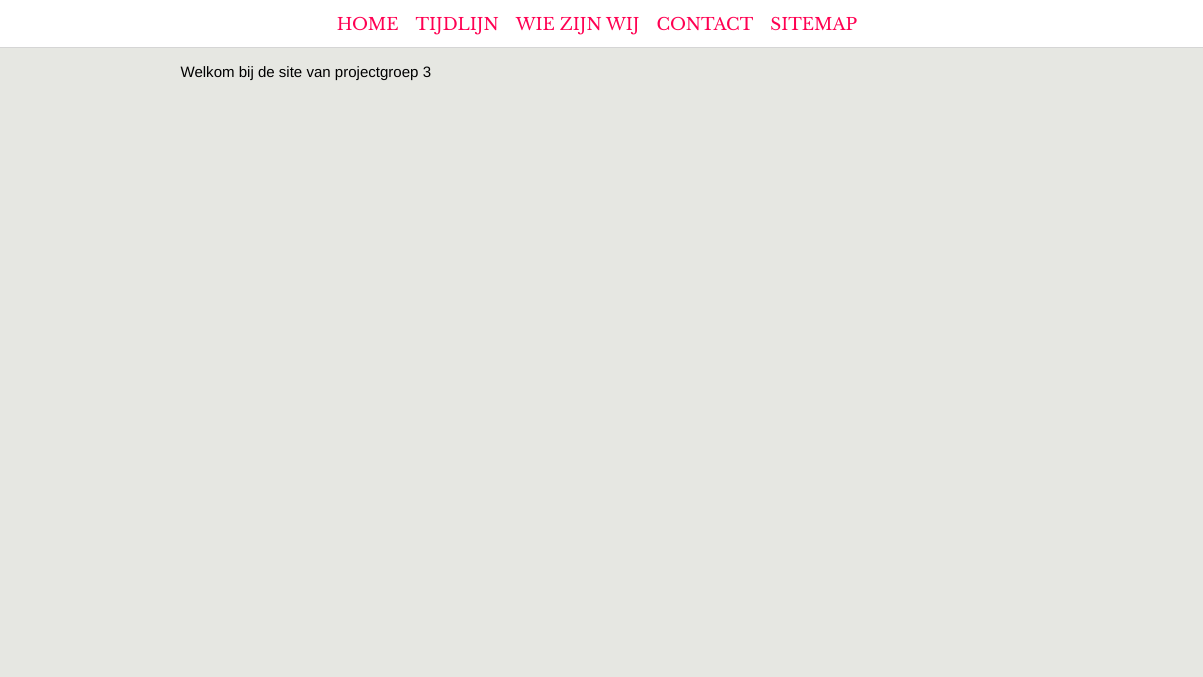
Repository: w1-knippenbergluuk/Applicatieontwikkelaar-2015-2016
Page: http://localhost/
The author's editor kept a record of every edit. The page is drawn from the files as they stood at one moment, then again after the next edit.
The browser window is 1280 px wide. The pictures show the whole page, at 94% of full size.
The page is run by PHP 8.4 with error messages shown; the project is at /var/www/html/.

Above is the page before.
Console error: TypeError: Cannot read properties of null (reading 'addEventListener')

### Luuk/Periode1/Project/index.php
<!DOCTYPE html>

<html>
    <head>
        <title>Home</title>

<!--PhP pagina header gevoegd-->
<?php
    include('includes/header.php');
?>
    <div id="wrapper">
            <!--h1 neergezet zodat de p te zien in onder het menu-->
            <h1></h1>
            <p>Welkom bij de site van projectgroep 3</p>
    </div>
    </body>
</html>

### Luuk/Periode1/Project/includes/header.php
        <!--Fontstijl toegevoegd-->
        <link href='https://fonts.googleapis.com/css?family=Libre+Baskerville:400,700' rel='stylesheet' type='text/css'>
        <!--stylesheet toegevoed-->
        <link rel="stylesheet" href="css\stylesheet.css" type="text/css">

        <!--Javascript toegevoegd-->
        <script src="js/javascript.js" language="javascript" type="text/javascript"></script>
    </head>

    <body>
        <div id="header">
            <!--Menu website-->
            <ul>
                <a href="index.php"><li>HOME</li></a>
                <a href="tijdlijn.php"><li>TIJDLIJN</li></a>
                <a href="wiezijnwij.php"><li>WIE ZIJN WIJ</li></a>
                <a href="contact.php"><li>CONTACT</li></a>
                <a href="sitemap.php"><li>SITEMAP</li></a>
            </ul>
        </div>

### Luuk/Periode1/Project/css/stylesheet.css
/*body zonder rand*/
body {
    background-color: #E6E7E2;
    margin: 0;
    padding: 0;

}

/*dikgedrukte klasse*/
.bold{
    font-weight: bold;
}

/*Menu balk*/
#header   {
    /*scrolled mee naar beneden en boven*/
    position: fixed;
    background-color: #FFFFFF;
    height: 50px;
    /*hele pagina breed*/
    width:100%;
    margin: 0;
    padding: 0;
    /*randje onderkant*/
    border-bottom: 1px solid #D3D3D3;
    /*weergave boven andere content*/
    z-index:2;
    /*geen gat tussen bovenkant*/
    top: 0px;
}

/*Menu lijst*/
#header ul      {
    /*Centered via breedte*/
    margin: 0 auto;
    width:100%;
    position: relative;
    /*Geen list puntje*/
    list-style-type: none;
    padding: 0;
    /*text centreren*/
    text-align: center;
}

/*Lijst per item*/
#header ul li   {
    /*naast elkaar / block formaat*/
    display: inline-block;
    margin: 15px 10px 15px 0;
    padding: 0 2px 0 2px;
    font-family:Libre Baskerville;
}

/*link menu*/
#header ul a {
    color: #FF0052;
    font-size: 18px;
}

/*Link menu bij hover*/
#header ul a:hover {
    opacity: 0.6;
}

/*hele site*/
#wrapper     {
    width: 70%;
    margin: 0 auto;
}
/*inhoud tekst per pagina*/
#content     {
    position: relative;
    width: 60%;
    margin: 25px auto;
    padding: 0px 0px 0px 0px;
    bottom: 20px;
    top:27px;
    /*Paginaniveau 1, menu is 2 dus ligt boven content*/
    z-index:1;
    font-size: 18px;
}

/*Afbeelding content*/
#content img{
    /*Absolute positie zodat naast tekst terecht komt*/
    position: absolute;
    /*rechts van de pagina*/
    right: 50px;
}

/*tijdlijn pagina*/
#timeline {
    /*scroll menu horizontaal*/
    overflow-x: scroll;
    background-color: #E6E7E2;
    margin: 0 50px;
}

/*tijdlijn pagina*/
#year {
    position: relative;
    width: 3460px;
    list-style-type: none;
    padding: 0;
    margin: 20px;
}

/*tijdlijn pagina, listitems in jaartijden*/
#year li   {
    display: inline-block;
    margin-left: -4px;
    margin-bottom: -25px;
    padding: 6px;
    width: 150px;
    border-left: 1px solid #938172;
    border-right: 1px solid #938172;
    height: 40px;
    text-align: center;
    font-weight: bold;
    color: black;
}

/*tijdlijn pagina*/
#games{
    position: relative;
    width: 3460px;
    list-style-type: none;
    padding: 0;
    margin: 20px;
}

/*listitems games*/
#games li   {
    display: inline-block;
    margin-left: -4px;
    padding: 6px;
    background-color: #E6E7E2;
    border-left: 1px solid #938172;
    border-right: 1px solid #938172;
    width: 150px;
    height: 45px;
    text-align: center;
    /*tekst begint op dezelfde hoogte*/
    overflow-y: hidden;
}

/*link games bij hover*/
#games a:hover {
    /*doorzichtigheid minder*/
    opacity: 0.6;
}

#games a{
    color: #FF0052;
    font-weight:bold;
}

/*content tijdlijn*/
#description {
    margin-left: 50px;
    margin-right: 50px;
}

/*info bij tekst games*/
#requirement{
    position: relative;
    /*rechts van de tekst*/
    float: right;
    font-weight: bold;
    text-align: center;
    padding: 0px 0px 0px 50px;
}

/*afbeelding bij tekst games*/
#requirement img{
    width: 250px;
}

/*link in de content*/
#description a{
    text-decoration: none;
    font-weight: bold;
    color: #FF0052;
}

#description a:hover{
    opacity: 0.5;
}

/*Algemene paragraaf settings*/
p     {
    font-family: helvetica, arial, sans-serif;
    padding: 5px 0px 5px 0px;
}

/*algemene Header Niveau 1 settings*/
h1 {
    padding: 10px 0px 10px 0px;
}

/*header niveau 2 in content*/
#content h2{
    text-align: center;
    margin: 50px 0;
}

/*opvullen voor ankers*/
.fill{
    /*hoogte gelijk aan menu*/
    height: 35px;
    position: relative;
}

/*content tijdlijn per game*/
.hidden {
    display: block;
    height: 100%;
}

#hl3     {
    font-size: 5px;
}

/*menu footer*/
#tijdlijn     {
    height: 50px;
    background-color: white;
    position:fixed;
    bottom:0px;
    width:100%;
    border-top: 1px solid #D3D3D3;
}

/*menu footer*/
#jaartallen{
    position: relative;
    width: 100%;
    list-style-type: none;
    padding: 0px 0px 10px 0px;
    margin: 20px;
    text-align: center;

}

/*menu items footer*/
#jaartallen li   {
    display: inline-block;
    margin-left: -4px;
    padding: 0px 6px 0px 0px;
    background-color: white;
    width: 40px;
    height: 40px;
    text-align: center;
}

/*footer links bij hover*/
#jaartallen a:hover {
    opacity: 0.6;
}

/*footer links*/
#jaartallen a{
    color: #FF0052;
}

/*bottom klasse*/
.bottom     {
    padding-bottom: 100px;
}

#klok {
    width:100%;
}

/* @media Rule */
@media all and (max-width: 1024px) {

    /*andere css zodra je minder dan 1024 px hebt*/
    .hidden     {
        height: 100%;
    }

    #wrapper     {
        width:100%;
    }

    #jaartallen li   {
    padding: 0px 2px 0px 0px;
}

}

### Luuk/Periode1/Project/js/javascript.js




var test = document.getElementById('luuk').addEventListener("click", function(){
    alert('Damir is een sukkel!');
});

After the next edit:
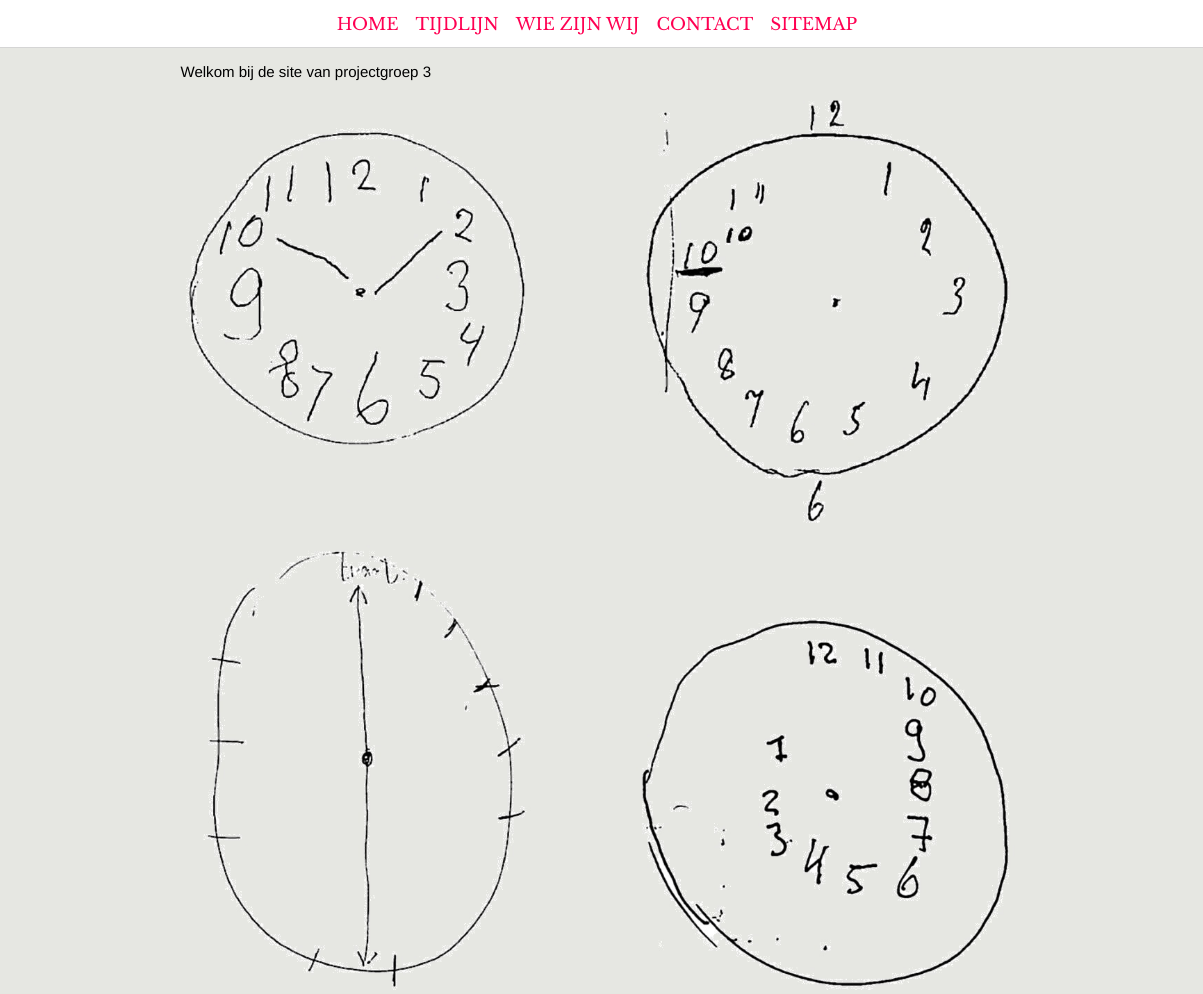
The edit:
--- a/Luuk/Periode1/Project/index.php
+++ b/Luuk/Periode1/Project/index.php
@@ -12,6 +12,7 @@
             <!--h1 neergezet zodat de p te zien in onder het menu-->
             <h1></h1>
             <p>Welkom bij de site van projectgroep 3</p>
+            <img id="klok" src="images\klok.jpg" alt="Luuk">
     </div>
     </body>
 </html>
